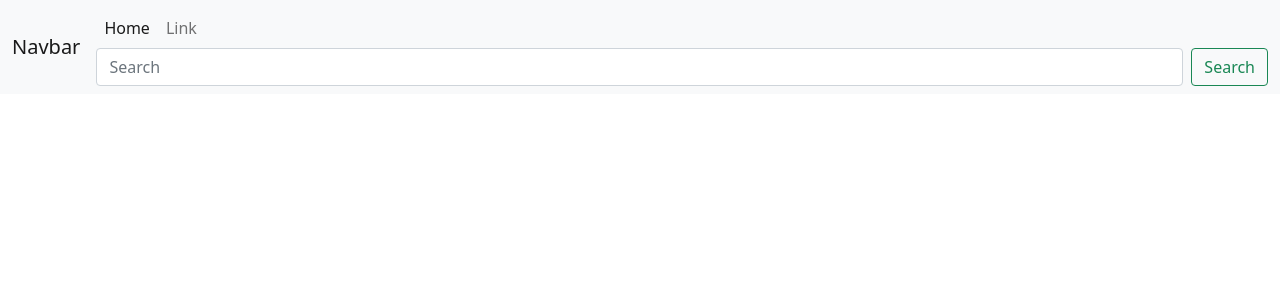
Repository: ttranhhoang/layoutBS
Page: index.html
These files come from the project's save history. The page is drawn as it stood at one moment and after the next save; the edit follows.
The browser window is 1280 px wide. The pictures show the whole page.

Above is the page before, as saved 2022-04-23 14:16:33.

### index.html
<!DOCTYPE html>
<html lang="en">
  <head>
    <meta charset="UTF-8" />
    <meta http-equiv="X-UA-Compatible" content="IE=edge" />
    <meta name="viewport" content="width=device-width, initial-scale=1.0" />
    <title>Layout BS</title>
    <link
      href="https://cdn.jsdelivr.net/npm/bootstrap@5.1.3/dist/css/bootstrap.min.css"
      rel="stylesheet"
      integrity="sha384-1BmE4kWBq78iYhFldvKuhfTAU6auU8tT94WrHftjDbrCEXSU1oBoqyl2QvZ6jIW3"
      crossorigin="anonymous"
    />
    <link rel="stylesheet" href="index.css" />
  </head>
  <body>
    <nav class="navbar navbar-expand-lg navbar-light bg-light">
      <div class="container-fluid">
        <a class="navbar-brand" href="#">Navbar</a>
        <button
          class="navbar-toggler"
          type="button"
          data-bs-toggle="offcanvas"
          data-bs-target="#navbarOffcanvasLg"
          aria-controls="navbarOffcanvasLg"
          aria-expanded="false"
          aria-label="Toggle navigation"
        >
          <span class="navbar-toggler-icon"></span>
        </button>

        <div
          class="offcanvas offcanvas-end"
          tabindex="-1"
          id="navbarOffcanvasLg"
          aria-labelledby="navbarOffcanvasLgLabel"
        >
          <ul class="navbar-nav me-auto mb-2 mb-lg-0">
            <li class="nav-item">
              <a class="nav-link active" aria-current="page" href="#">Home</a>
            </li>
            <li class="nav-item">
              <a class="nav-link" href="#">Link</a>
            </li>
          </ul>
          <form class="d-flex">
            <input
              class="form-control me-2"
              type="search"
              placeholder="Search"
              aria-label="Search"
            />
            <button class="btn btn-outline-success" type="submit">
              Search
            </button>
          </form>
        </div>
      </div>
    </nav>

    <script
      src="https://cdn.jsdelivr.net/npm/bootstrap@5.1.3/dist/js/bootstrap.bundle.min.js"
      integrity="sha384-ka7Sk0Gln4gmtz2MlQnikT1wXgYsOg+OMhuP+IlRH9sENBO0LRn5q+8nbTov4+1p"
      crossorigin="anonymous"
    ></script>
  </body>
</html>

### index.css
*,
*::after,
*::before {
  box-sizing: border-box;
}
button.navbar-toggler:focus{
  box-shadow: none;
}

nav.navbar {
  background-color: red;
}
.offcanvas-warning {
  background-color: yellow;
}

After the next save:
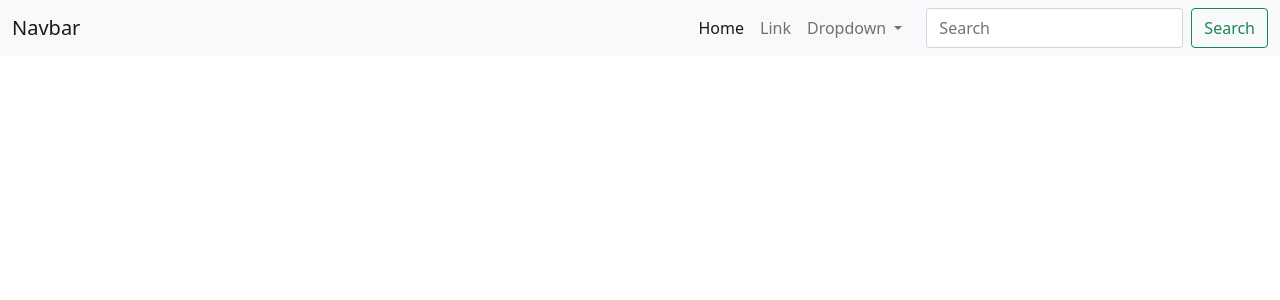
Saved 60 s later.
--- a/index.html
+++ b/index.html
@@ -35,25 +35,37 @@
           id="navbarOffcanvasLg"
           aria-labelledby="navbarOffcanvasLgLabel"
         >
-          <ul class="navbar-nav me-auto mb-2 mb-lg-0">
-            <li class="nav-item">
-              <a class="nav-link active" aria-current="page" href="#">Home</a>
-            </li>
-            <li class="nav-item">
-              <a class="nav-link" href="#">Link</a>
-            </li>
-          </ul>
-          <form class="d-flex">
-            <input
-              class="form-control me-2"
-              type="search"
-              placeholder="Search"
-              aria-label="Search"
-            />
-            <button class="btn btn-outline-success" type="submit">
-              Search
-            </button>
-          </form>
+          <div class="offcanvas-header">
+        <h5 class="offcanvas-title" id="offcanvasNavbarLabel">Offcanvas</h5>
+        <button type="button" class="btn-close text-reset" data-bs-dismiss="offcanvas" aria-label="Close"></button>
+      </div>
+      <div class="offcanvas-body">
+        <ul class="navbar-nav justify-content-end flex-grow-1 pe-3">
+          <li class="nav-item">
+            <a class="nav-link active" aria-current="page" href="#">Home</a>
+          </li>
+          <li class="nav-item">
+            <a class="nav-link" href="#">Link</a>
+          </li>
+          <li class="nav-item dropdown">
+            <a class="nav-link dropdown-toggle" href="#" id="offcanvasNavbarDropdown" role="button" data-bs-toggle="dropdown" aria-expanded="false">
+              Dropdown
+            </a>
+            <ul class="dropdown-menu" aria-labelledby="offcanvasNavbarDropdown">
+              <li><a class="dropdown-item" href="#">Action</a></li>
+              <li><a class="dropdown-item" href="#">Another action</a></li>
+              <li>
+                <hr class="dropdown-divider">
+              </li>
+              <li><a class="dropdown-item" href="#">Something else here</a></li>
+            </ul>
+          </li>
+        </ul>
+        <form class="d-flex">
+          <input class="form-control me-2" type="search" placeholder="Search" aria-label="Search">
+          <button class="btn btn-outline-success" type="submit">Search</button>
+        </form>
+      </div>
         </div>
       </div>
     </nav>
